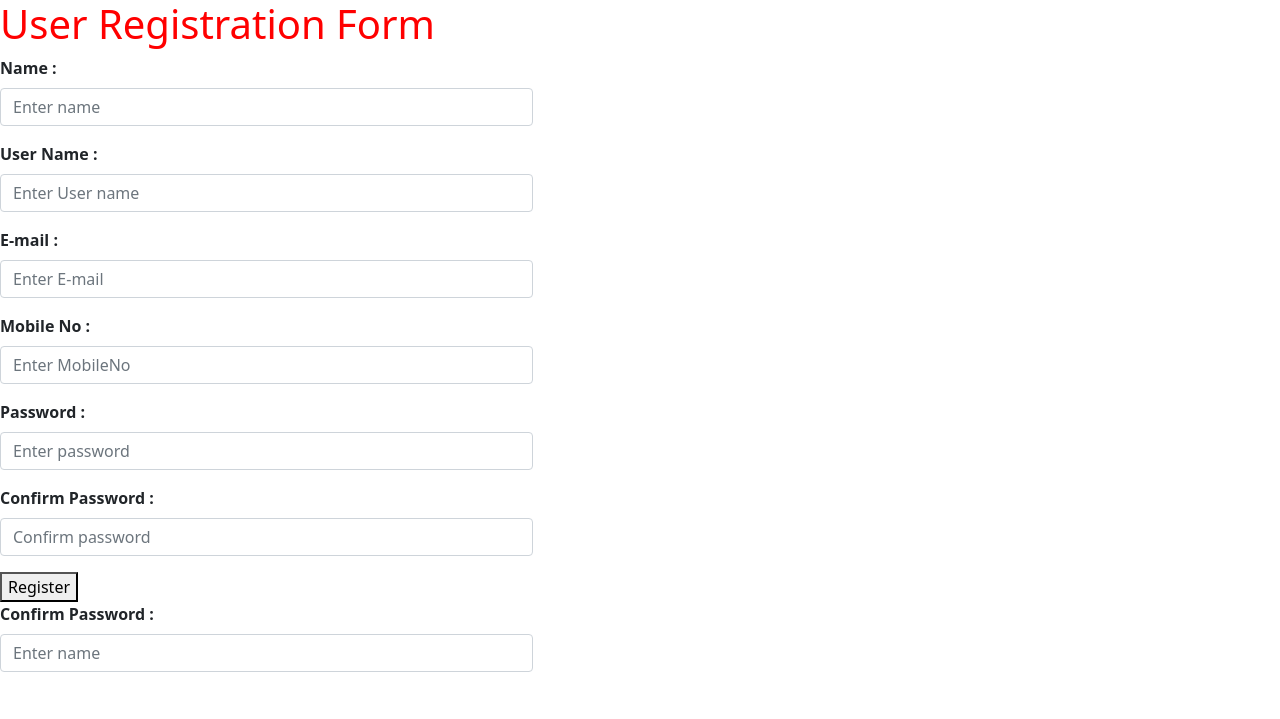
Repository: sntv1005/RegistrationForm
Page: http://localhost/register
These files come from the project's save history. The page is drawn as it stood at one moment and after the next save; the edit follows.
The browser window is 1280 px wide. The pictures show the whole page.
The page is this project's Thymeleaf template; nobody is signed in. The template is opened directly, without the code that normally fills it, so the values that code supplies are empty.

Above is the page before, as saved 2023-12-01 06:07:27.

After the next save:
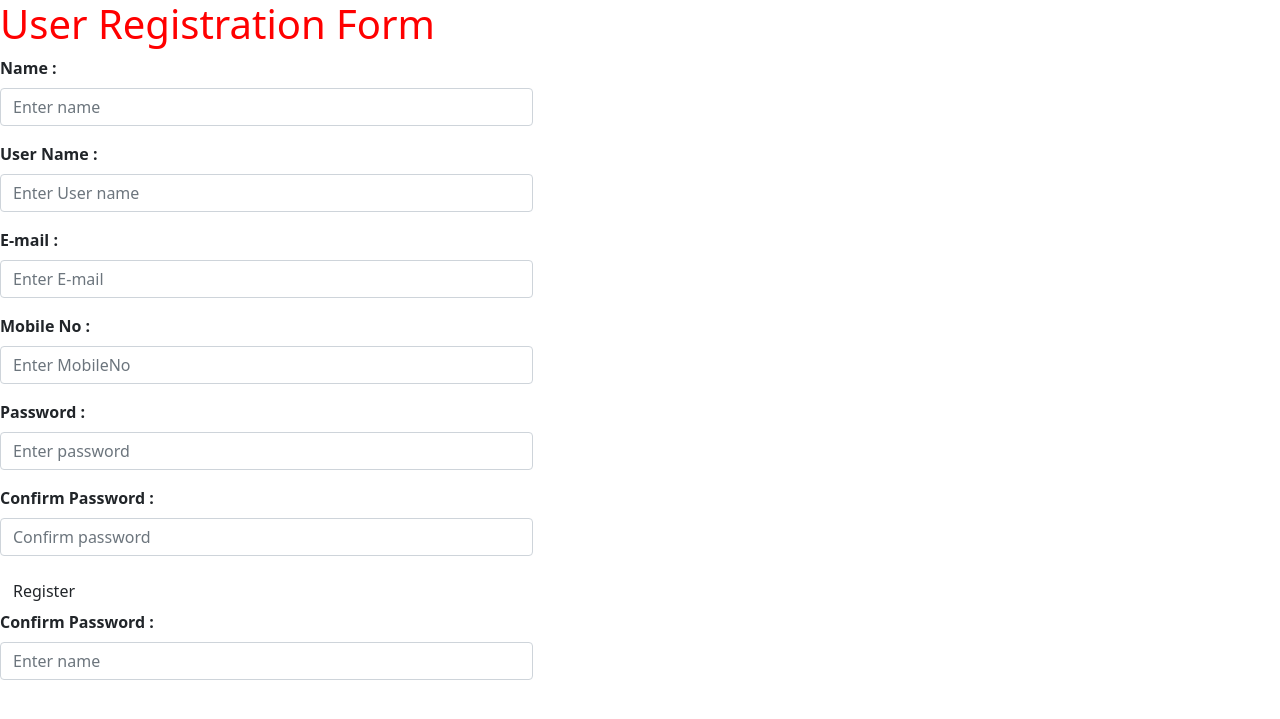
Saved 24 s later.
--- a/RegistrationForm/src/main/resources/templates/register.html
+++ b/RegistrationForm/src/main/resources/templates/register.html
@@ -46,7 +46,7 @@
 			       <input type="password" class="form-control" id="exampleFormControlInput1" placeholder="Confirm password">
 		       </div>
 
-		       <button> Register </button>
+		       <button type="submit " class="btn"> Register </button>
 		        <div class="mb-3" >
 			       <label for="exampleFormControlInput1" class="form-label"><b>Confirm Password : </b></label>
 			       <input type="" class="form-control" id="exampleFormControlInput1" placeholder="Enter name">
